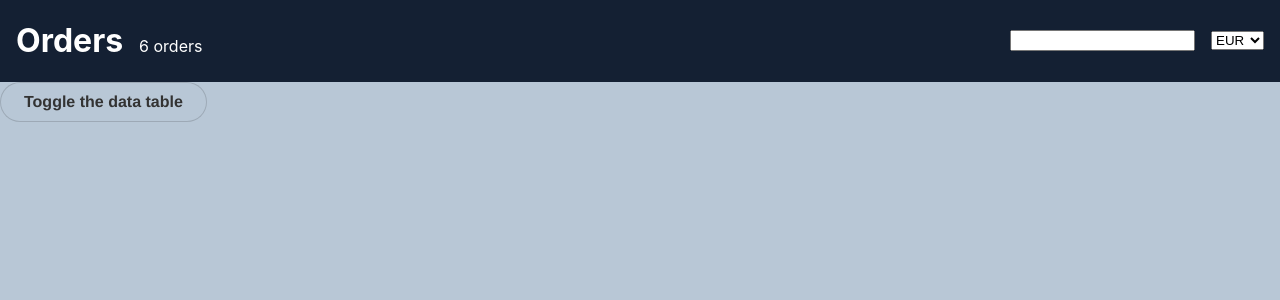
Repository: PreetiToppo/Assignment_Question_1
Page: /
These files come from the project's save history. The page is drawn as it stood at one moment and after the next save; the edit follows.
The browser window is 1280 px wide. The pictures show the whole page.
The project was rebuilt for these pictures with package versions that can differ from the ones it lists, and the page was loaded fresh each time. Also part of the build but not shown: src/component/list/ListRow.module.css, src/component/list/ListRow.jsx, src/component/list/ListRowCell.module.css, src/component/list/ListRowCell.jsx, src/component/list/ListHeader.jsx, src/component/list/ListHeaderCell.module.css, src/component/list/ListHeaderCell.jsx, src/component/list/List.module.css and 3 more.

Above is the page before, as saved 2023-08-06 13:25:55.

After the next save:
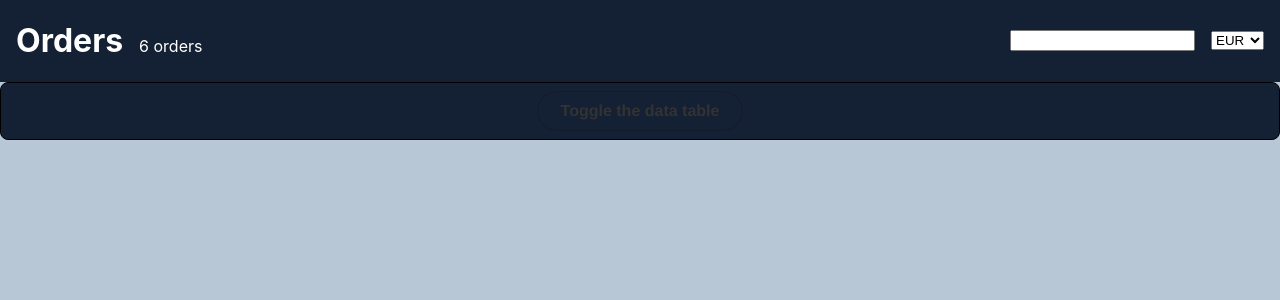
Saved 41 s later.
--- a/src/pages/Dashboard.jsx
+++ b/src/pages/Dashboard.jsx
@@ -124,7 +124,7 @@ const Dashboard = () => {
           />
         </div>
       )}
-      <div className="toggleButton">
+      <div className={styles.toggleButton}>
         <StoryBookButton
           primary={false}
           size="large"
